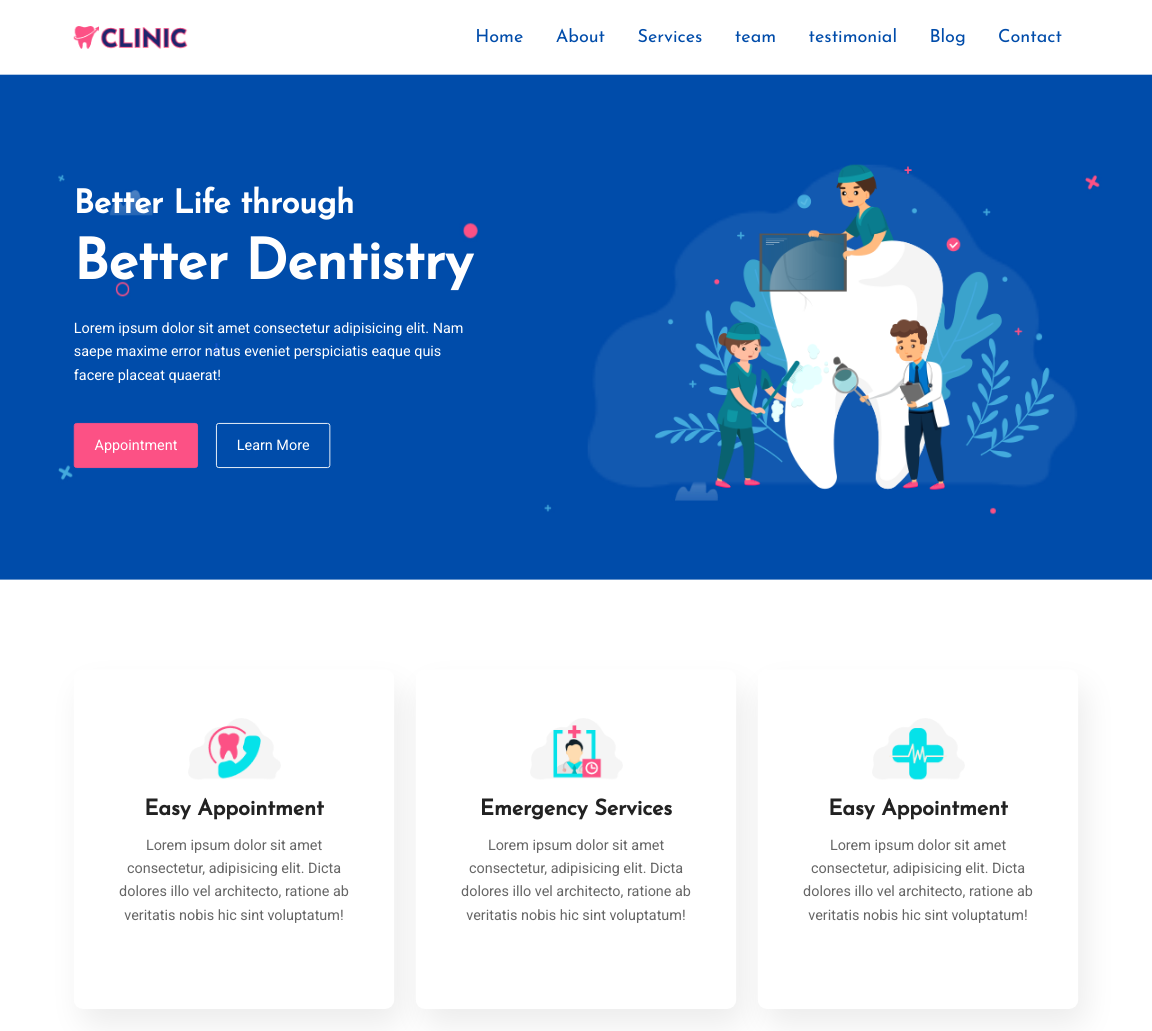
Repository: rsbappy/Project-13
Page: index.html
An editor plug-in stored every save of this project. The page is shown before and after the next save, followed by the edit.
The browser window is 1280 px wide. The pictures show the whole page, at 90% of full size.
Some web libraries are served in a nearby version.

Above is the page before, as saved 2022-08-19 11:32:06.
Console error: TypeError: Cannot read properties of null (reading 'classList')

### index.html
<!doctype html>
<html lang="en">

<head>
    <!-- Required meta tags -->
    <meta charset="utf-8">
    <meta name="viewport" content="width=device-width, initial-scale=1">

    <!-- favicon icon -->

    <link rel="icon" href="/images/favicon.png" type="image/x-icon">

    <!-- Bootstrap CSS -->
    <link href="https://cdn.jsdelivr.net/npm/bootstrap@5.0.2/dist/css/bootstrap.min.css" rel="stylesheet" integrity="sha384-EVSTQN3/azprG1Anm3QDgpJLIm9Nao0Yz1ztcQTwFspd3yD65VohhpuuCOmLASjC" crossorigin="anonymous">

    <!-- font-awesome icon -->
    <link rel="stylesheet" href="https://cdnjs.cloudflare.com/ajax/libs/font-awesome/6.1.2/css/all.min.css">

    <!-- style CSS -->
    <link rel="stylesheet" href="css/style.css">

    <!-- responsive-style CSS -->
    <link rel="stylesheet" href="/css/responsive-style.css">

    <title>Hotel Website</title>
</head>

<body data-bs-spy="scroll" data-bs-target=".navar" data-bs-offset="100">

    <!-- Navbar Section  -->
    <header class="header_wrapper">
        <nav class="navbar navbar-expand-lg ">
            <div class="container">
                <a class="navbar-brand" href="#">
                    <img src="/images/logo.png" class="img-fluid" alt="logo" srcset="">
                </a>
                <button class="navbar-toggler" type="button" data-bs-toggle="collapse" data-bs-target="#navbarNavAltMarkup" aria-controls="navbarNavAltMarkup" aria-expanded="false" aria-label="Toggle navigation">
                <!-- <span class="navbar-toggler-icon"></span> -->
                <i class="fa-solid fa-bars-staggered navbar-toggler-icon"></i>
              </button>
                <div class="collapse navbar-collapse justify-content-end" id="navbarNavAltMarkup">
                    <div class="navbar-nav menu_navbar_menu">
                        <li class="nav-item">
                            <a class="nav-link active" aria-current="page" href="#Home">Home</a>
                        </li>
                        <li class="nav-item">
                            <a class="nav-link" href="#About">About</a>
                        </li>
                        <li class="nav-item">
                            <a class="nav-link" href="#Services">Services</a>
                        </li>
                        <li class="nav-item">
                            <a class="nav-link" href="#team">team</a>
                        </li>
                        <li class="nav-item">
                            <a class="nav-link" href="#testimonial">testimonial</a>
                        </li>
                        <li class="nav-item">
                            <a class="nav-link" href="#Blog">Blog</a>
                        </li>
                        <li class="nav-item mt-3 mt-lg-0">
                            <a class="nav-link" href="#Contact">Contact</a>
                        </li>

                    </div>
                </div>
            </div>
        </nav>
    </header>
    <!-- Navbar Section exit -->

    <!-- Banner Section  -->
    <section id="home" class="home">
        <div class="banner_wrapper wrapper">
            <div class="container">
                <div class="row align-items-lg-center">
                    <div class="col-md-6 order-md-1 order-2">
                        <h3>
                            Better Life through
                        </h3>
                        <h1>
                            Better Dentistry
                        </h1>
                        <p> Lorem ipsum dolor sit amet consectetur adipisicing elit. Nam saepe maxime error natus eveniet perspiciatis eaque quis facere placeat quaerat!</p>
                        <a href="#" class="main-btn mt-4 fill-btn">Appointment </a>
                        <a href="#" class="main-btn mt-4 ms-3">Learn More </a>

                    </div>
                    <div class="col-md-6 order-md-2 order-1 mb-md-0 mb-5">
                        <div class="top-right-sec">
                            <div class="animate-img">
                                <img class="aimg1" src="./images/top-banner-img/woman-brush.png" alt="">
                                <img class="aimg2" src="./images/top-banner-img/doctor.png" alt="">

                            </div>
                            <img class="img-fluid ms-lg-5" src="./images/top-banner-img/top-right-img-1.png" alt="">

                        </div>
                    </div>
                </div>
            </div>
        </div>
        <div class="wrapper pb-0">
            <div class="container">
                <div class="row">
                    <div class="col-md-4 col-sm-4 mb-4">
                        <div class="card text-center">
                            <div class="icon-box">
                                <img src="/images/top-banner-img/Appointment-icon.png" alt="" srcset="">
                            </div>
                            <div>
                                <h4>
                                    Easy Appointment
                                </h4>
                                <p>Lorem ipsum dolor sit amet consectetur, adipisicing elit. Dicta dolores illo vel architecto, ratione ab veritatis nobis hic sint voluptatum!</p>
                            </div>
                        </div>
                    </div>
                    <div class="col-md-4 col-sm-4 mb-4">
                        <div class="card text-center">
                            <div class="icon-box">
                                <img src="/images/top-banner-img/Emergency-icon.png" alt="" srcset="">
                            </div>
                            <div>
                                <h4>
                                    Emergency Services
                                </h4>
                                <p>Lorem ipsum dolor sit amet consectetur, adipisicing elit. Dicta dolores illo vel architecto, ratione ab veritatis nobis hic sint voluptatum!</p>
                            </div>
                        </div>
                    </div>
                    <div class="col-md-4 col-sm-4 mb-4">
                        <div class="card text-center">
                            <div class="icon-box">
                                <img src="/images/top-banner-img/7-Service-icon.png" alt="" srcset="">
                            </div>
                            <div>
                                <h4>
                                    Easy Appointment
                                </h4>
                                <p>Lorem ipsum dolor sit amet consectetur, adipisicing elit. Dicta dolores illo vel architecto, ratione ab veritatis nobis hic sint voluptatum!</p>
                            </div>
                        </div>
                    </div>
                </div>
            </div>
        </div>
    </section>
    <!-- Banner Section exit -->

    <!-- about Section  -->
    <!-- about Section exit -->

    <!-- Services Section  -->
    <!-- Services Section exit -->

    <!-- team Section  -->
    <!-- team Section exit -->


    <!-- Gallery Section  -->
    <!-- Gallery Section exit -->

    <!-- Testimonial Section  -->
    <!-- Testimonial Section exit -->


    <!-- Testimonial Section  -->
    <!-- Testimonial Section exit -->


    <!-- Appointment Section  -->
    <!-- Appointment Section exit -->

    <!-- Blog Section  -->
    <!-- Blog Section exit -->

    <!-- Footer Section  -->
    <!-- Footer Section exit -->










    <!-- Popper js  -->
    <source src="https://cdn.jsdelivr.net/npm/@popperjs/core@2.9.2/dist/umd/popper.min.js" type="">


    <!-- Bootstrap js  -->

    <script src="https://cdn.jsdelivr.net/npm/bootstrap@5.0.2/dist/js/bootstrap.bundle.min.js" integrity="sha384-MrcW6ZMFYlzcLA8Nl+NtUVF0sA7MsXsP1UyJoMp4YLEuNSfAP+JcXn/tWtIaxVXM" crossorigin="anonymous"></script>



</body>

</html>

### css/style.css
/* TABLE OF CONTENTS */


/*------------------
1. General
2. Navbar
3. Banner
4. About
5. Services
6. Team
7. Gallery
8. Testimonial
9. Blog
10.Footer
------------------*/


/* 1 General */

@import url('https://fonts.googleapis.com/css2?family=Josefin+Sans&display=swap');
@import url('https://fonts.googleapis.com/css2?family=Roboto&display=swap');
* {
    box-sizing: border-box;
    margin: 0;
    padding: 0;
}

:root {
    /* background  */
    --primary-color: #004caa;
    --secondary-color: #fc5185;
    --bg-light-blue: #3672bc;
    --bg-dark: #666;
    --bg-white: #fff;
    /* Text Style  */
    --primary-front: 'Roboto', sans-serif;
    --secondary-front: 'Josefin Sans', sans-serif;
    --primary-text: #004caa;
    --secondary-text: #fc5185;
    --text-white: #fff;
    --text-black: #222;
    --text-gray: #666;
    --text-algin: #ddd;
}

body {
    font-family: var(--primary-front);
    background-color: var(--bg-white);
}

a {
    text-decoration: none;
}

::-webkit-scrollbar {
    width: .375rem;
}

::-webkit-scrollbar-track {
    background: var(--bg-light-blue);
}

::-webkit-scrollbar-thumb {
    background: var(--secondary-color);
}

.wrapper {
    padding: 6.25rem 0;
}

.main-btn {
    display: inline-block;
    border: 0.0725rem solid var(--bg-white);
    color: var(--text-white);
    text-align: center;
    padding: .75rem 1.375rem;
    font-size: 1rem;
    background: transparent;
    text-transform: capitalize;
    border-radius: .1875rem;
    transition: all .3s ease-in-out;
}

.main-btn:hover {
    background-color: var(--secondary-color);
    border-color: var(--secondary-color);
    color: var(--text-white);
}

.fill-btn {
    background-color: var(--secondary-color);
    border-color: var(--secondary-color);
    color: var(--text-white);
}

.fill-btn:hover {
    background-color: var(--bg-white);
    border-color: var(--bg-white);
    color: var(--text-black);
}

h1 {
    font-size: 3.875rem;
    margin-bottom: 1.2rem;
    font-weight: 600;
    color: var(--text-white);
    font-family: var(--secondary-front);
}

h2 {
    font-size: 2.875rem;
    font-weight: 600;
    color: var(--text-white);
    font-family: var(--secondary-front);
}

h3 {
    font-size: 2.25rem;
    font-weight: 600;
    color: var(--text-white);
    font-family: var(--secondary-front);
}

h4 {
    font-size: 1.5rem;
    font-weight: 600;
    line-height: 2.25rem;
    margin-top: 1rem;
    color: var(--text-black);
    font-family: var(--secondary-front);
}

h5 {
    font-size: 1.5rem;
    font-weight: 500;
    line-height: 1.2rem;
    color: var(--primary-text);
    margin-bottom: .9375rem;
    font-family: var(--secondary-front);
}

h5 {
    font-size: .875rem;
    font-weight: 300;
    color: var(--text-black);
    text-transform: uppercase;
    font-family: var(--secondary-front);
}

p {
    font-size: 1rem;
    line-height: 1.625rem;
    color: var(--text-gray);
}

.card {
    border-radius: .625rem;
    background-color: var(--text-white);
    box-shadow: .5084rem 1.1419rem 2.2rem 0 rgb(0 0 0/8%);
    padding: 3.375rem 3.125rem 4.6875rem;
    transition: all .4s;
    border: 0;
}

@keyframes movebounce {
    0% {
        --webkit-transform: translateY(0);
        transform: translateY(0);
    }
    50% {
        --webkit-transform: translateY(1.25rem);
        transform: translateY(1.25rem);
    }
    100% {
        --webkit-transform: translateY(0);
        transform: translateY(0);
    }
}


/*2 Navbar */

.header_wrapper .navbar {
    padding: .9375rem;
    background-color: transparent;
    transition: 0.3s ease-in-out;
}

.header_wrapper .navbar-toggler {
    border: 0;
    box-shadow: none;
    color: var(--text-black);
    line-height: 2;
}

.header_wrapper .nav-item {
    margin: 0 .625rem;
}

.header_wrapper .nav-item .nav-link {
    font-size: 1.25rem;
    font-weight: 400;
    color: var(--primary-text);
    display: inline-block;
    font-family: var(--secondary-front);
}

.header_wrapper .nav-item .nav-link:hover,
.header_wrapper .nav-item .nav-link:focus,
.header_wrapper .nav-item .nav-link .active {
    color: var(--secondary-text);
}

.navbar.header-scrolled {
    position: fixed;
    top: 0;
    left: 0;
    width: 100%;
    z-index: 999;
    background-color: var(--bg-white);
    box-shadow: .5084rem 1.1419rem 2.5rem 0 rgb(0 0 0/8%);
    transition: 0.3s ease-in-out;
}


/*3 banner */

.banner_wrapper {
    background-image: url('/images/top-banner-img/Top-banner.jpg');
    background-position: center center;
    background-repeat: no-repeat;
    background-size: cover;
}

.banner_wrapper p {
    max-width: 80%;
    color: var(--text-white);
}

.banner_wrapper .top-right-sec {
    position: relative;
    background-image: url('/images/top-banner-img/top-right-bg.png');
    background-position: bottom;
    background-repeat: no-repeat;
    background-size: contain;
    display: flex;
    align-items: flex-end;
    justify-content: center;
}

.banner_wrapper .animate-img {
    position: absolute;
    bottom: 0;
    left: 50%;
    -webkit-transform: translate(-50%);
    /* transform: translate(-50%); */
    z-index: 22;
}

### css/responsive-style.css
@media (max-width: 1199.5px) {
    /* custom  css */
    .card{
        padding: 2.5rem 1.875rem;

    }



    /* header */
    /* top banner */
    /* about */
    /* services*/
}


@media (max-width: 991px) {
    /* custom  css */
    .wrapper{
        padding: 3.125rem 0;
    }
    .main-btn{
        font-size: .875rem;
    }
    h1{
        font-size: 2.8125rem;
        margin-bottom: .625rem;
    }
    h2{
        font-size: 1.875rem;
    }
    h3{
        font-size: 1.5625rem;
    }
    h4{
        font-size: 1.25rem;
    }
    h5{
        font-size: 1.125rem;
    }

    p{
        font-size: .875rem;
        line-height: 1.35rem;

    }
    .card{
        padding: 1.875rem 1rem;
    }
    /* header */
    /* top banner */
    /* about */
    /* services*/
}

@media (max-width: 767px) {
    /* custom  css */
    .main-btn{
        font-size: .875rem;
    }
    h1{
        font-size: 2.5rem;
        margin-bottom: 2.5rem;
    }

    h5{
        font-size: 1.25rem;
    }



    /* header */
    /* top banner */
    /* about */
    /* services*/
}

@media (max-width: 360px) {
    /* custom  css */
    .card{
        padding: 2.5rem 1.875rem;

    }



    /* header */
    /* top banner */
    /* about */
    /* services*/
}

After the next save:
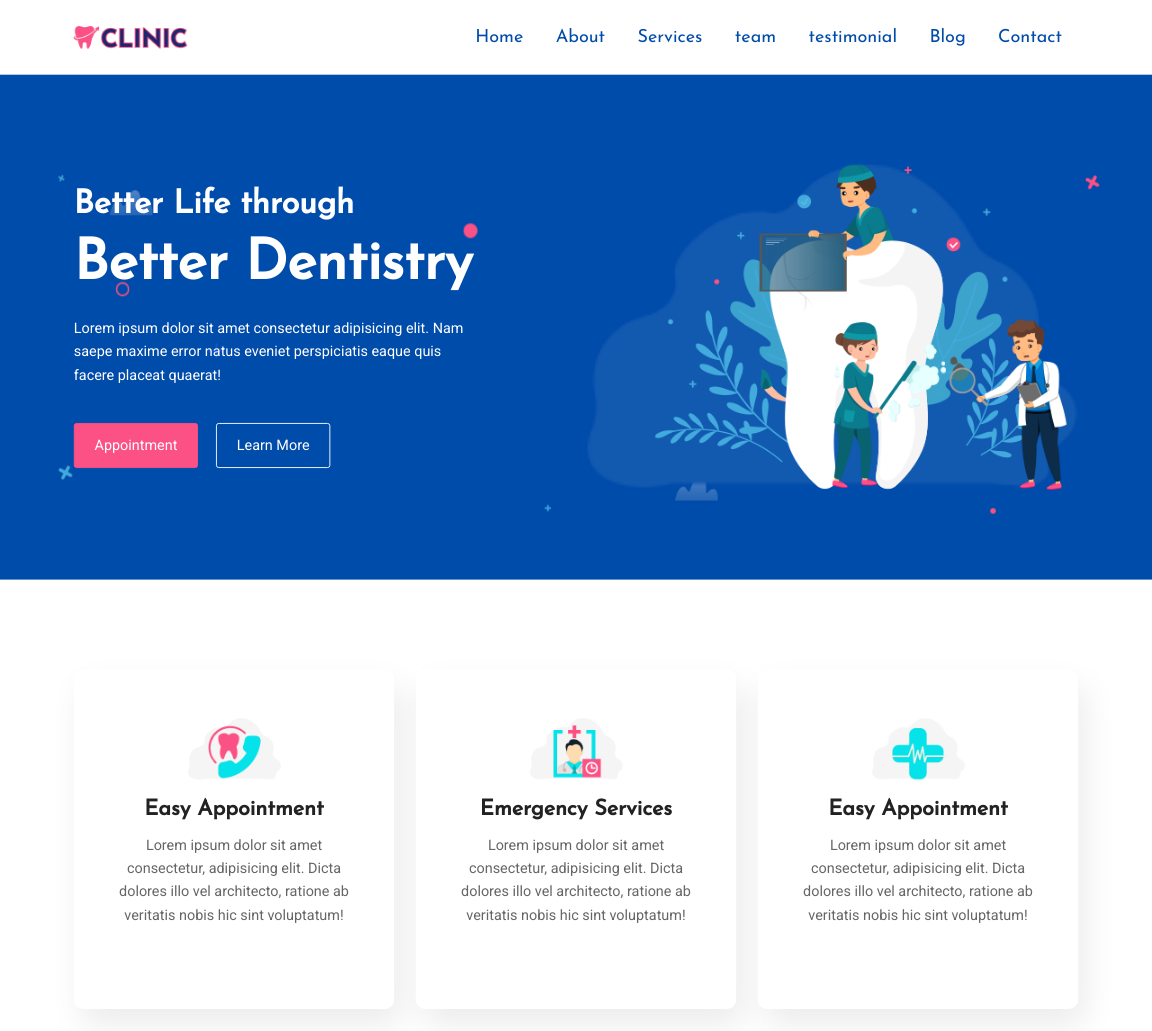
Saved 8 s later.
--- a/css/style.css
+++ b/css/style.css
@@ -252,7 +252,7 @@
     position: absolute;
     bottom: 0;
     left: 50%;
-    -webkit-transform: translate(-50%);
+    /* -webkit-transform: translate(-50%); */
     /* transform: translate(-50%); */
     z-index: 22;
 }

After the save that followed:
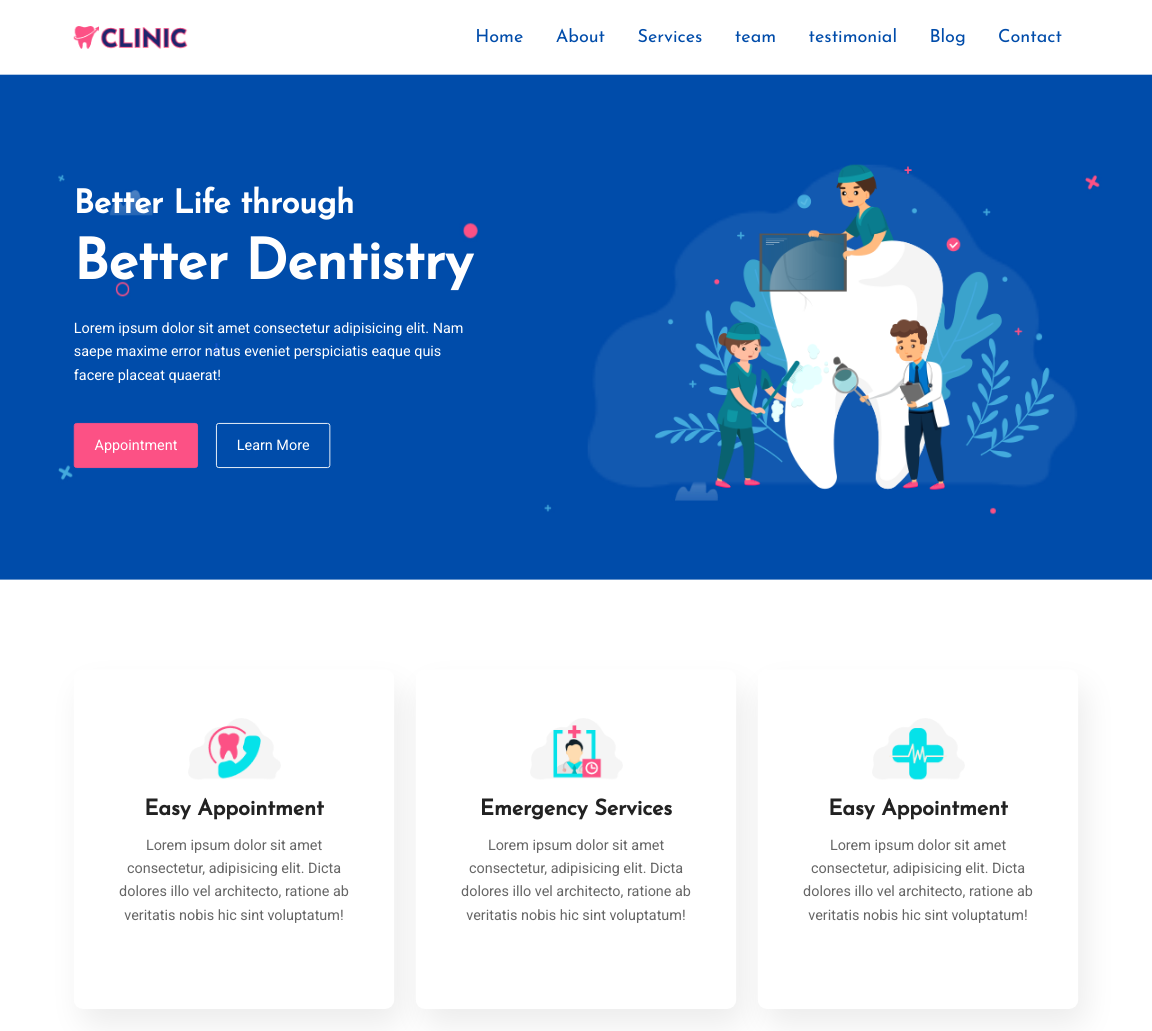
Saved 6 s later.
--- a/css/style.css
+++ b/css/style.css
@@ -252,7 +252,7 @@
     position: absolute;
     bottom: 0;
     left: 50%;
-    /* -webkit-transform: translate(-50%); */
-    /* transform: translate(-50%); */
+    -webkit-transform: translate(-50%);
+    transform: translate(-50%);
     z-index: 22;
 }
